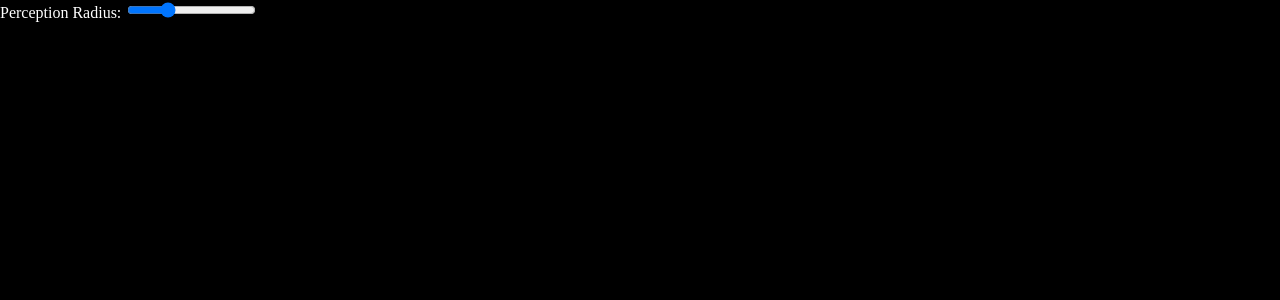
Repository: eltonsampaio12/boids
Page: index.html
These files come from the project's save history. The page is drawn as it stood at one moment and after the next save; the edit follows.
The browser window is 1280 px wide. The pictures show the whole page.

Above is the page before, as saved 2024-01-29 15:18:25.
Not found: main.ts

### index.html
<!DOCTYPE html>
<html lang="en">
  <head>
    <meta charset="utf-8" />
    <title>My first three.js app</title>
    <style>
      body {
        margin: 0;
        background-color: black;
      }
      .perceptionRadiusLabel {
        color: white;
      }
    </style>
  </head>
  <body>
    <script type="module" src="/main.ts"></script>
    <label class="perceptionRadiusLabel" for="perceptionRadiusSlider"
      >Perception Radius:</label
    >
    <input
      type="range"
      id="perceptionRadiusSlider"
      min="1"
      max="100"
      value="30"
      step="1"
      oninput="updatePerceptionRadius(this.value)"
    />
    <span id="perceptionRadiusValue">30</span>
  </body>
</html>

After the next save:
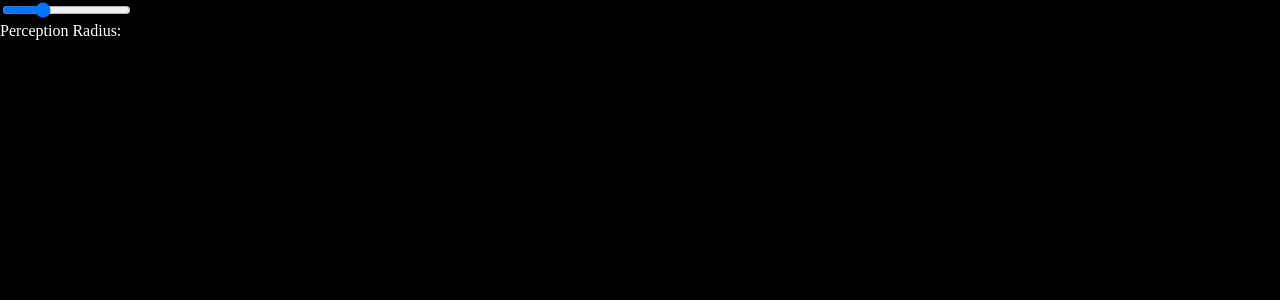
Saved 47 s later.
--- a/index.html
+++ b/index.html
@@ -15,18 +15,21 @@
   </head>
   <body>
     <script type="module" src="/main.ts"></script>
+
+    <div>
+      <input
+        type="range"
+        id="perceptionRadiusSlider"
+        min="1"
+        max="100"
+        value="30"
+        step="1"
+        oninput="updatePerceptionRadius(this.value)"
+      />
+    </div>
     <label class="perceptionRadiusLabel" for="perceptionRadiusSlider"
       >Perception Radius:</label
     >
-    <input
-      type="range"
-      id="perceptionRadiusSlider"
-      min="1"
-      max="100"
-      value="30"
-      step="1"
-      oninput="updatePerceptionRadius(this.value)"
-    />
     <span id="perceptionRadiusValue">30</span>
   </body>
 </html>

After the save that followed:
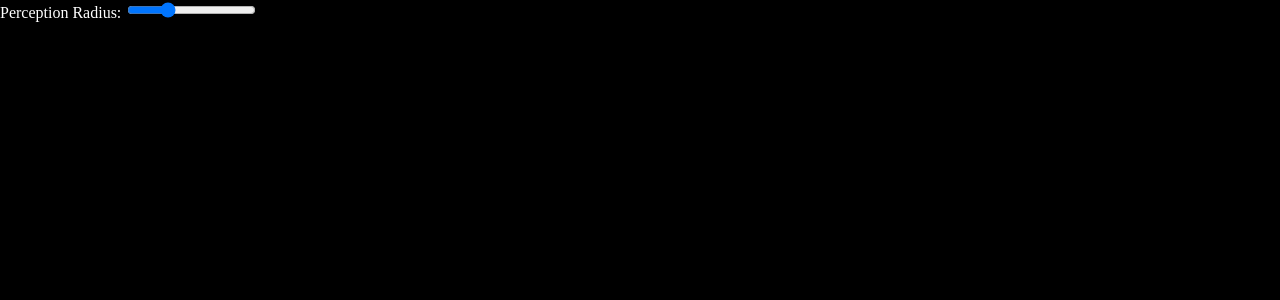
Saved 19 s later.
--- a/index.html
+++ b/index.html
@@ -16,7 +16,10 @@
   <body>
     <script type="module" src="/main.ts"></script>
 
-    <div>
+    <div class="perceptionRadiusParent">
+      <label class="perceptionRadiusLabel" for="perceptionRadiusSlider"
+        >Perception Radius:</label
+      >
       <input
         type="range"
         id="perceptionRadiusSlider"
@@ -27,9 +30,7 @@
         oninput="updatePerceptionRadius(this.value)"
       />
     </div>
-    <label class="perceptionRadiusLabel" for="perceptionRadiusSlider"
-      >Perception Radius:</label
-    >
+
     <span id="perceptionRadiusValue">30</span>
   </body>
 </html>
